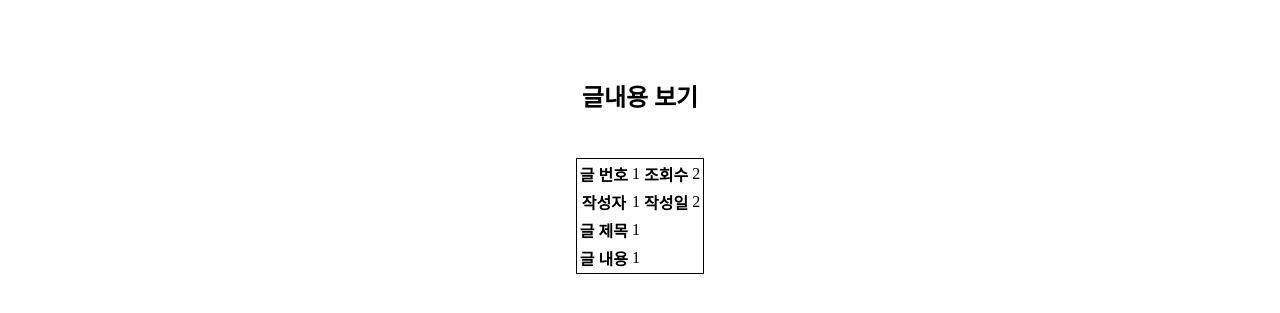
Repository: dlswn666/SpringStudy
Page: http://localhost/boardMVC/WEB-INF/jsp/board/context.jsp
These files come from the project's save history. The page is drawn as it stood at one moment and after the next save; the edit follows.
The browser window is 1280 px wide. The pictures show the whole page.
The page is served by Tomcat 9. Nobody is signed in. Other server files are loaded and not shown. The template is opened directly, without the code that normally fills it, so the values that code supplies are empty.

Above is the page before, as saved 2021-02-28 05:58:55.

### boardMVC/WebContent/WEB-INF/jsp/board/context.jsp
<%@ page language="java" contentType="text/html; charset=UTF-8"
    pageEncoding="UTF-8"%>
<!DOCTYPE html>
<html>
<head>
<meta charset="UTF-8">
<title>Insert title here</title>
<style type="text/css">
	.readInfo{
		padding-top : 50px;
		height: 100px;
		width : 200px;
	}
	table {
		border: 1px solid black;
	}
</style>

</head>
<body>
	<div align="center">
		<div class="readInfo">
			<h2> 글내용 보기</h2>
		</div>
		<table boarder="1px" >
			<tr>
				<th>글 번호</th>
				<td><%=1 %></td>
				<th>조회수</th>
				<td><%=2 %></td>
			</tr>
			<tr>
				<th>작성자</th>
				<td><%=1 %></td>
				<th>작성일</th>
				<td><%=2 %></td>
			</tr>
			<tr>
				<th>글 제목</th>
				<td colspan="3">1</td>
			</tr>
			<tr>
				<th>글 내용</th>
				<td colspan="3">1</td>
			</tr>
		</table>

	</div>
</body>
</html>

After the next save:
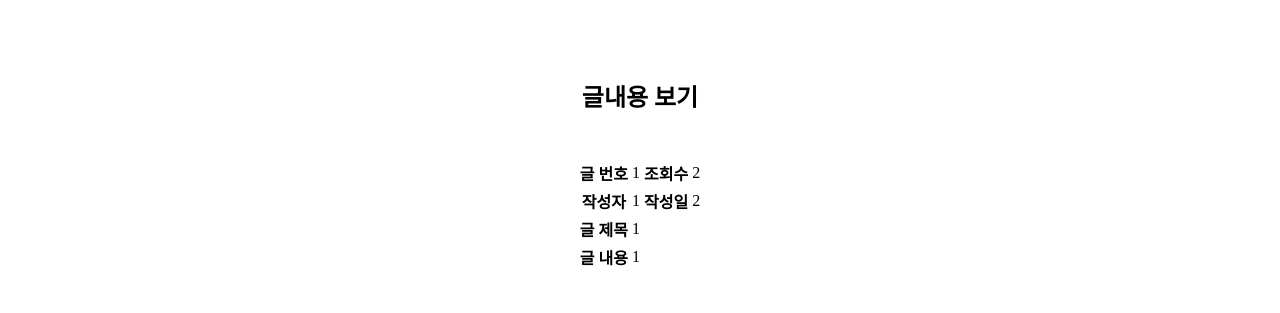
Saved 58 s later.
--- a/boardMVC/WebContent/WEB-INF/jsp/board/context.jsp
+++ b/boardMVC/WebContent/WEB-INF/jsp/board/context.jsp
@@ -10,9 +10,6 @@
 		padding-top : 50px;
 		height: 100px;
 		width : 200px;
-	}
-	table {
-		border: 1px solid black;
 	}
 </style>
 
@@ -43,6 +40,9 @@
 				<th>글 내용</th>
 				<td colspan="3">1</td>
 			</tr>
+			<tr>
+
+			</tr>
 		</table>
 
 	</div>
